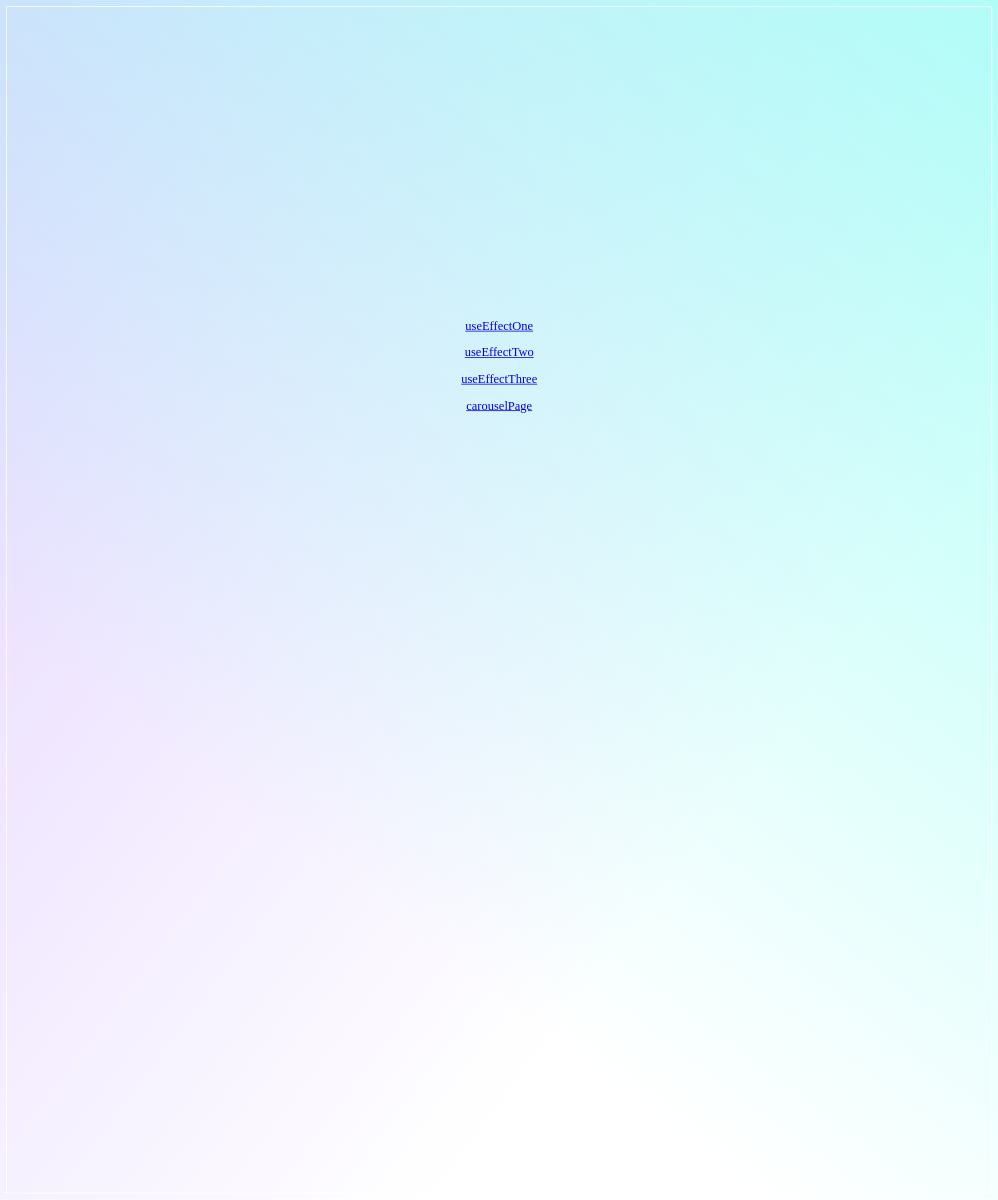
Repository: juliet-jskim/week-8-useEffect-carousel
Page: /
These files come from the project's save history. The page is drawn as it stood at one moment and after the next save; the edit follows.
The browser window is 1280 px wide. The pictures show the whole page, at 78% of full size.
The project was rebuilt for these pictures with package versions that can differ from the ones it lists, and the page was loaded fresh each time. The framework's server and built-in components were replaced by stand-ins that run in the browser. Also part of the build but not shown: next.config.js.

Above is the page before, as saved 2023-02-20 21:58:07.

### pages/index.js
import Head from 'next/head'
import styles from '@/styles/Home.module.css'
import Link from 'next/link'

export default function Home() {
  return (
    <>
      <Head>
        <title>Create Next App</title>
        <meta name="description" content="Generated by create next app" />
        <meta name="viewport" content="width=device-width, initial-scale=1" />
        <link rel="icon" href="/favicon.ico" />
      </Head>
      <main className={styles.main}>
        <div>
          <Link href="/useEffectOne">useEffectOne</Link>
        </div>
       <div>
        <Link href="/useEffectTwo">useEffectTwo</Link>
       </div>
       <div>
        <Link href="/useEffectThree">useEffectThree</Link>
       </div>
       <div>
        <Link href="/carouselPage">carouselPage</Link>
       </div>

      </main>
    </>
  )
}

### styles/globals.css
:root {
  /** add colors you want to add to all the pages here**/
  background: linear-gradient(217deg, rgba(156, 255, 245, 0.767), rgba(0, 42, 255, 0) 70.71%),
  linear-gradient(127deg, rgba(221, 201, 255, 0.8), rgba(0,255,0,0) 70.71%),
  linear-gradient(336deg, rgba(255, 255, 255, 0.8), rgba(0,0,255,0) 70.71%);


}

### styles/Home.module.css
.main {
  display: flex;
  flex-direction: column;
  gap: 1rem;
  align-items: center;
  padding: 25rem;
  min-height: 100vh;
  border: 1px solid white;
}

Loaded but not shown: pages/_app.js (common file); pages/_document.js (common file)

After the next save:
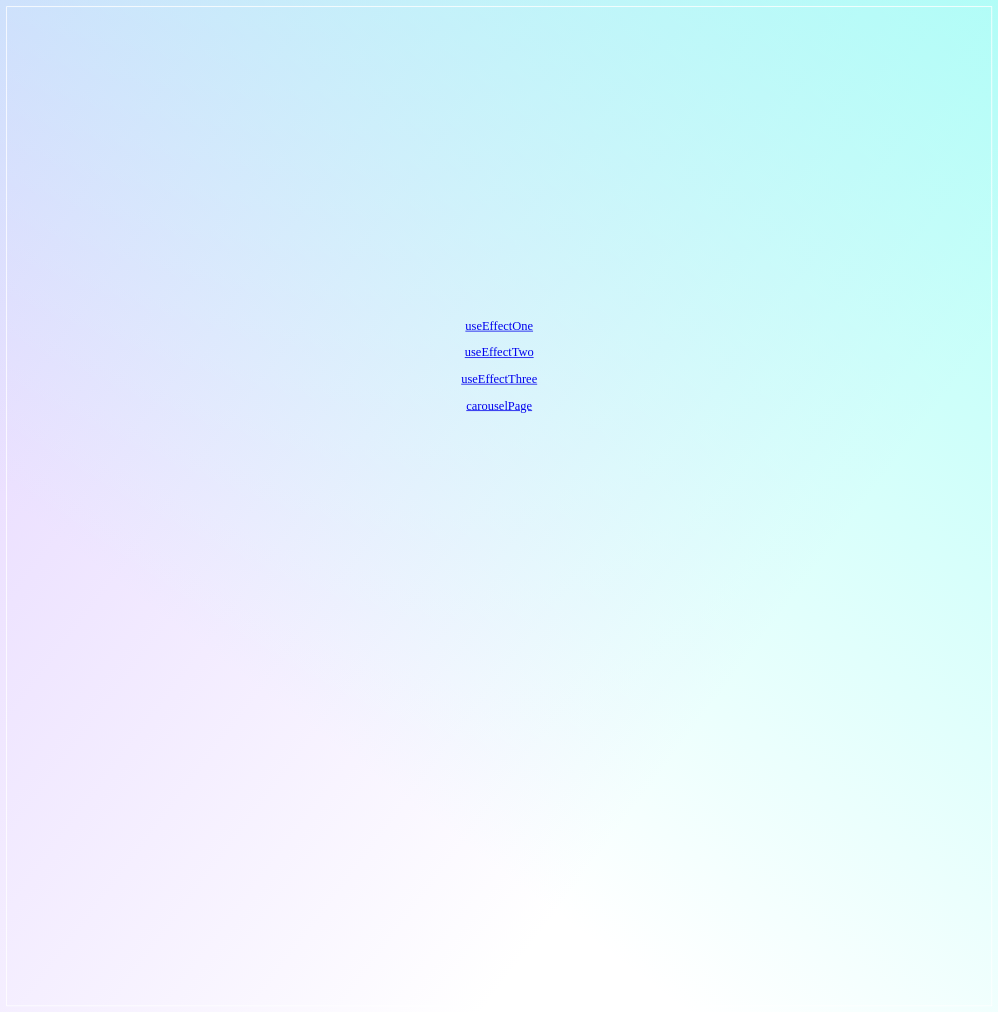
Saved 20 s later.
--- a/styles/Home.module.css
+++ b/styles/Home.module.css
@@ -3,7 +3,7 @@
   flex-direction: column;
   gap: 1rem;
   align-items: center;
-  padding: 25rem;
+  padding: 25rem 10rem 10rem 10rem;
   min-height: 100vh;
   border: 1px solid white;
 }
